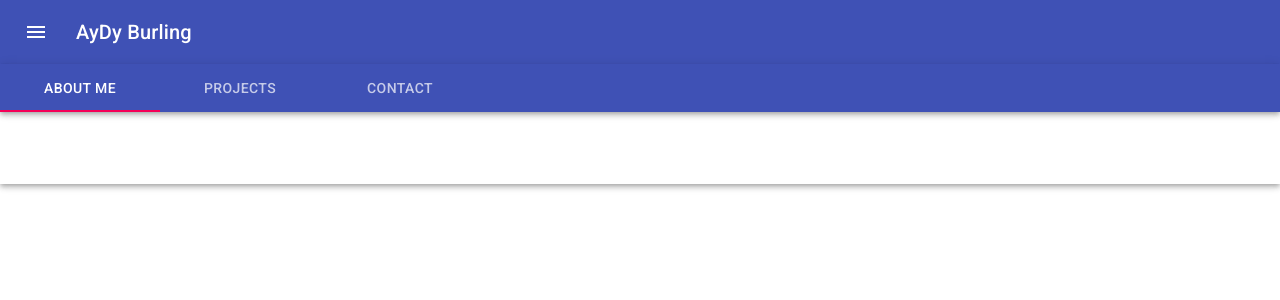
Repository: Dee1985/portfolio-React
Page: /
An editor plug-in stored every save of this project. The page is shown before and after the next save, followed by the edit.
The browser window is 1280 px wide. The pictures show the whole page.
The project was rebuilt for these pictures with package versions that can differ from the ones it lists, and the page was loaded fresh each time.

Above is the page before, as saved 2020-04-05 22:02:54.

After the next save:
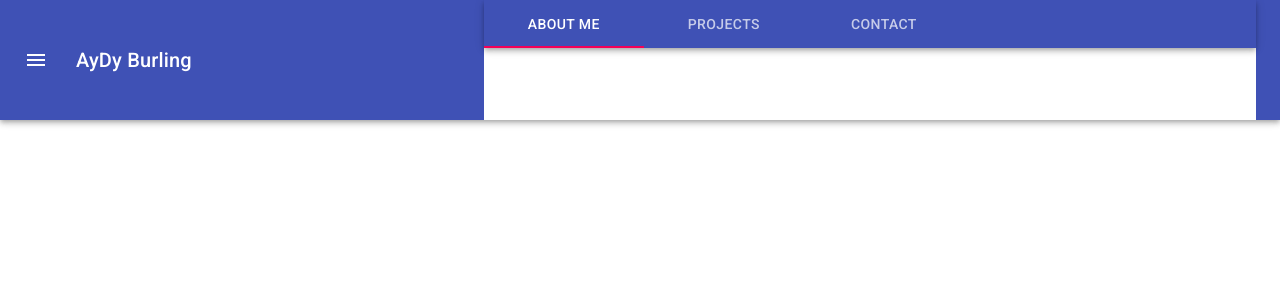
Saved 29 s later.
--- a/src/components/Navbar.js
+++ b/src/components/Navbar.js
@@ -37,8 +37,8 @@
 					<Typography variant="h6" className={classes.title}>
 						AyDy Burling
 					</Typography>
+					<Tabs />
 				</Toolbar>
-				<Tabs />
 			</AppBar>
 		</div>
 	);
